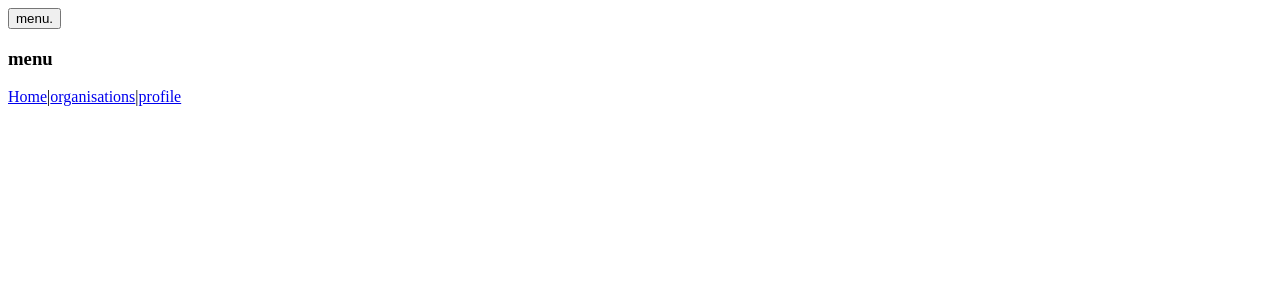
Repository: gregcswanson/crangular
Page: public/partials/menu.html
The author's editor kept a copy of each file at every save. The page is drawn from the files as they stood at one save, then again after the next save.
The browser window is 1280 px wide. The pictures show the whole page.

Above is the page before, as saved 2013-02-25 09:49:51.

After the next save:
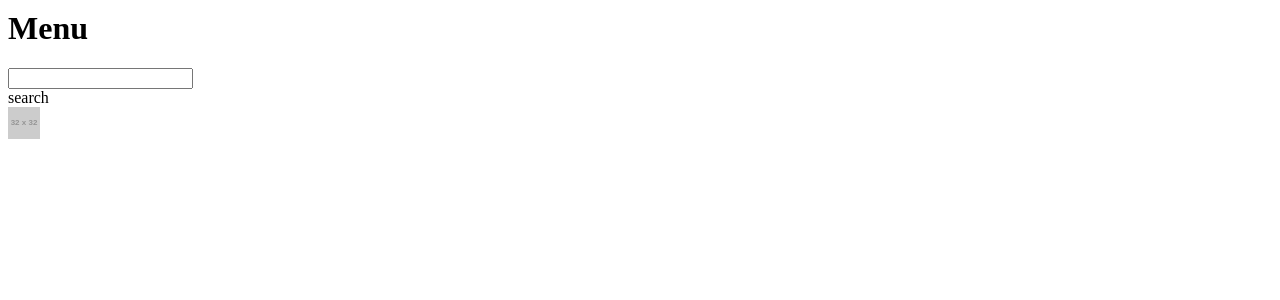
Saved 10 days later.
--- a/public/partials/menu.html
+++ b/public/partials/menu.html
@@ -1,7 +1,18 @@
-<div ng-controller="MenuCtrl">
-        <button ng-click="expandedClick()">menu.</button>
-        <div ng-show="isExpanded">
-            <h3>menu</h3>
+<div class="row" style="margin-top:10px;">
+    <div class="eight columns">
+        <h1 style="margin-top:0;">Menu</h1>
+    </div>
+    <div class="four columns">
+        <div class="row collapse">
+            <div class="seven mobile-four columns">
+                <input type="text" />
+            </div>
+            <div class="three mobile-one columns">
+                <span class="postfix">search</span>
+            </div>
+            <div class="two mobile-one columns">
+                <img class="right" src="http://placehold.it/32x32&amp;text=[usr]">
+            </div>
         </div>
+    </div>
 </div>
-<a href="#/home">Home</a>|<a href="#/organisations">organisations</a>|<a href="#/profile">profile</a>
